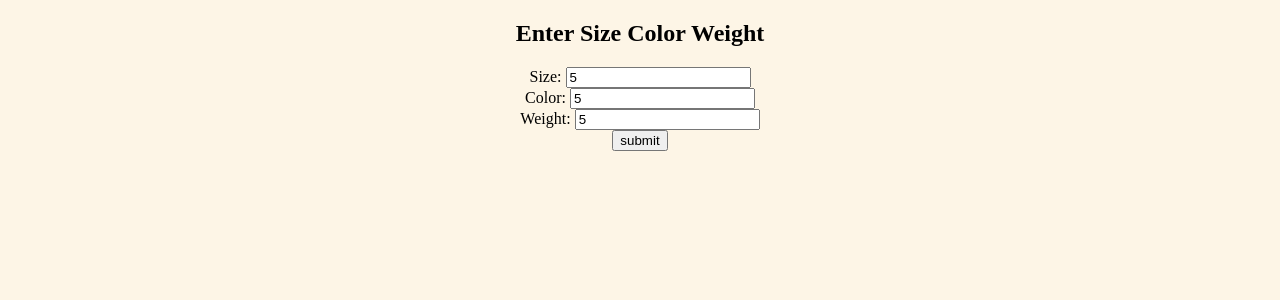
Repository: derekpwwong/jee-workspace
Page: workspace/workspace/WebServlet/WebContent/setColorSizeWeight.html
The author's editor kept a copy of each file at every save. The page is drawn from the files as they stood at one save, then again after the next save.
The browser window is 1280 px wide. The pictures show the whole page.

Above is the page before, as saved 2016-11-05 18:26:52.

### workspace/workspace/WebServlet/WebContent/setColorSizeWeight.html
<!DOCTYPE html>
<html>
<head>
<meta charset="ISO-8859-1">
<title>Set the Color Size and Weight</title>
</head>
<body style="background-color:#fdf5e6;">
<h2 style="text-align:center;">Enter Size Color Weight</h2>
<!-- action is the url of the server side that will receive data -->
  <form action="example.jsp" method="get">
<center>
<label>
	Size:
	<input type="text" name="size" value="5"></input><br>
</label>

<label>
	Color:
	<input type="text" name="color" value="5"></input><br>
</label>

<label>
	Weight:
	<input type="text" name="weight" value="5"></input><br>
</label>
<input type="submit" value="submit">
</center>
</form>
</body>
</html>

After the next save:
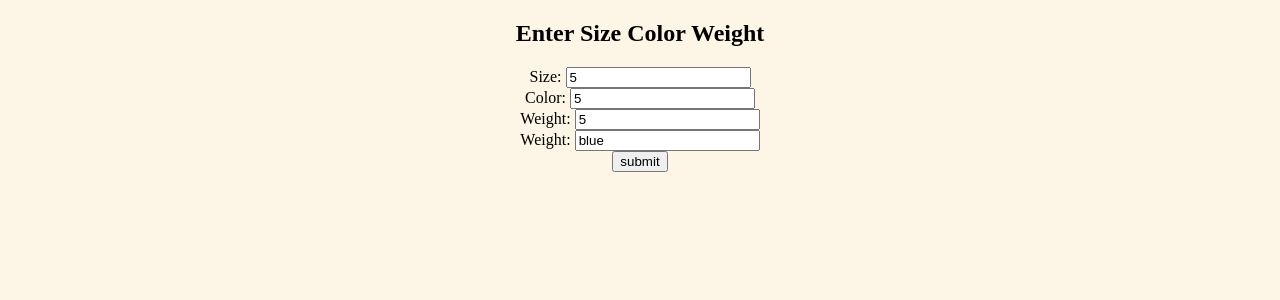
Saved 67 min 34 s later.
--- a/workspace/workspace/WebServlet/WebContent/setColorSizeWeight.html
+++ b/workspace/workspace/WebServlet/WebContent/setColorSizeWeight.html
@@ -23,6 +23,10 @@
 	Weight:
 	<input type="text" name="weight" value="5"></input><br>
 </label>
+<label>
+	Weight:
+	<input type="text" name="bgColor" value="blue"></input><br>
+</label>
 <input type="submit" value="submit">
 </center>
 </form>
